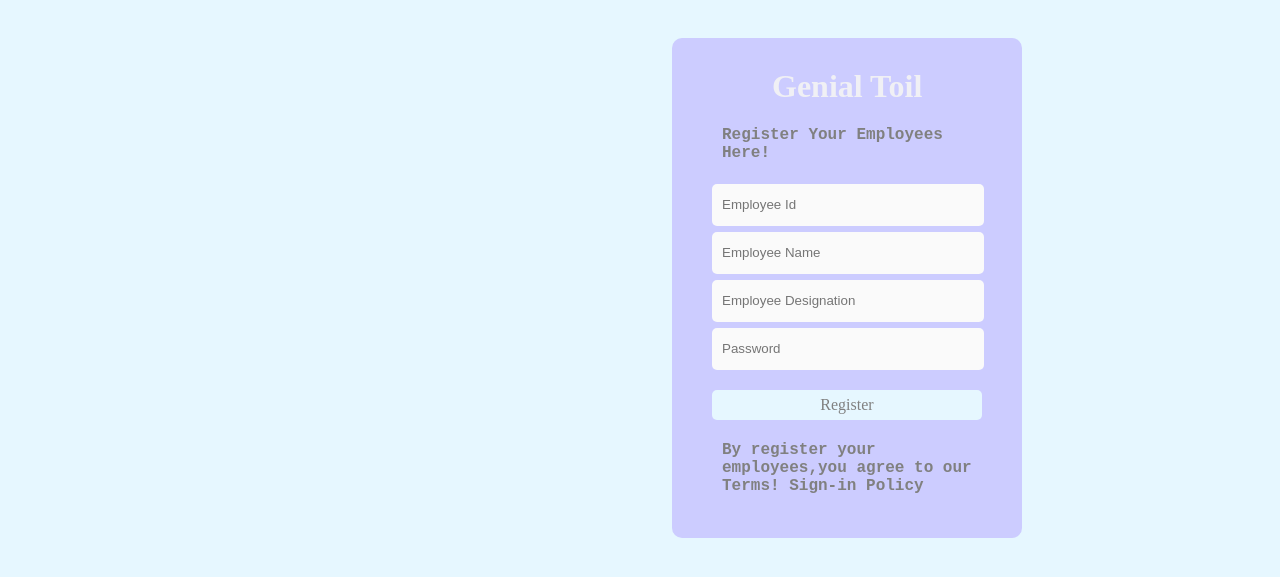
Repository: robin9533/Basic-Programs-App.
Page: GW-Genial Work Proj/GT_GenialToil/WebContent/EmployeeSignup.html
These files come from the project's save history. The page is drawn as it stood at one moment and after the next save; the edit follows.
The browser window is 1280 px wide. The pictures show the whole page.

Above is the page before, as saved 2019-05-10 11:36:58.

After the next save:
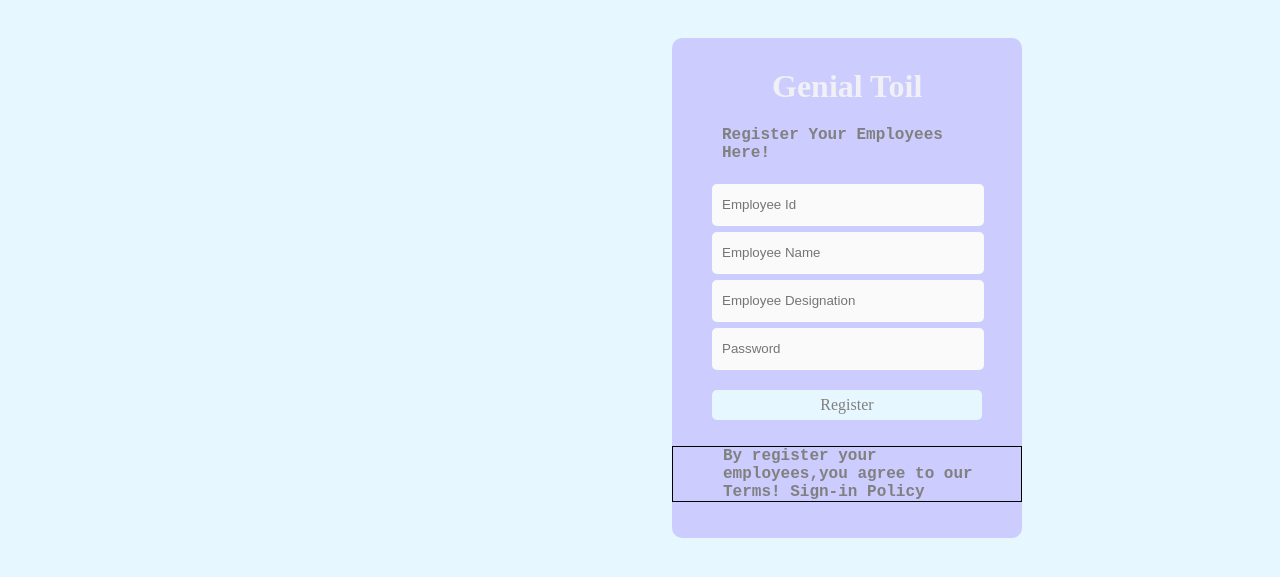
Saved 8 s later.
--- a/GW-Genial Work Proj/GT_GenialToil/WebContent/EmployeeSignup.html
+++ b/GW-Genial Work Proj/GT_GenialToil/WebContent/EmployeeSignup.html
@@ -20,7 +20,7 @@
 			<input type="password" name="empPass" placeholder="Password">
 			<button type="button">Register</button>
 
-			<h4>By register your employees,you agree to our Terms! Sign-in Policy</h4>
+			<h5>By register your employees,you agree to our Terms! Sign-in Policy</h5>
 
 		</Form>
 	</div>
